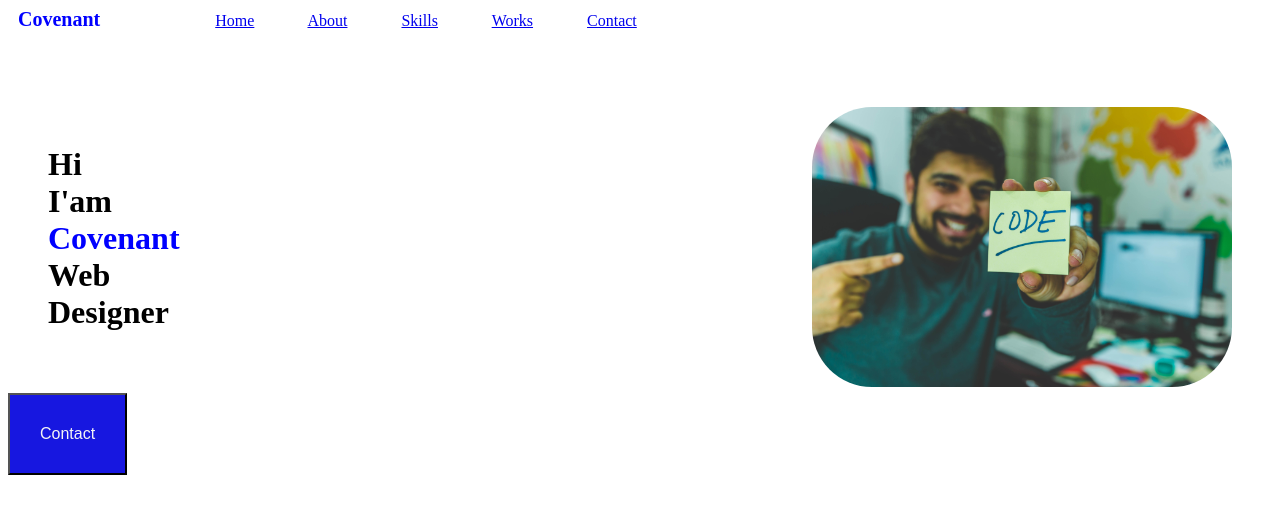
Repository: Tobby004/bdc-assignment-1
Page: index.html
The author's editor kept a copy of each file at every save. The page is drawn from the files as they stood at one save, then again after the next save.
The browser window is 1280 px wide. The pictures show the whole page.

Above is the page before, as saved 2023-02-09 10:26:56.

### index.html
<!DOCTYPE html>
<html lang="en">
<head>
    <meta charset="UTF-8">
    <meta http-equiv="X-UA-Compatible" content="IE=edge">
    <meta name="viewport" content="width=device-width, initial-scale=1.0">
    <title>Document</title>
    <link rel="stylesheet" href="task.css">
</head>
<body>
    <header>
        <b>
            Covenant
        </b>
        <a href="#">
            Home</a>
            <a href="#">About</a>
            <a href="#">Skills</a>
            <a href="#">Works</a>
            <a href="#">Contact</a>
    </header>
    <br>
    <br>
   <img src="image/Cov.jpg">
   <br>
   <h1>Hi <br> I'am <b>Covenant</b><br> Web Designer</h1>
<button>Contact</button>
</body>
</html>

### task.css
* {
    box-sizing: border-box;
}
header{
    max-width: 500%;
    display: flexbox;
    color: blue;
}
header b {
font-size: 20px;
padding: 10px;
margin-right: 100px;
width: 100%;
margin-bottom: 20px;
justify-content: space-between;
}
header a {
    margin-inline-end: 100px;
    max-width: 500%;
    margin-inline-end: 50px;

}
img{
    width: 500px;
    padding: 40px;
    float: right;
    border-radius: 100px;
    border-width: 20%;
}
h1 b {
    color: blue;
}
button {
    background-color: rgb(23, 23, 224);
    font-size: medium;
    display: block;
    color: whitesmoke;
    max-width: 500%;
    padding: 30px;
}
h1 {
    padding: 40px;
    width: 10px;
}

After the next save:
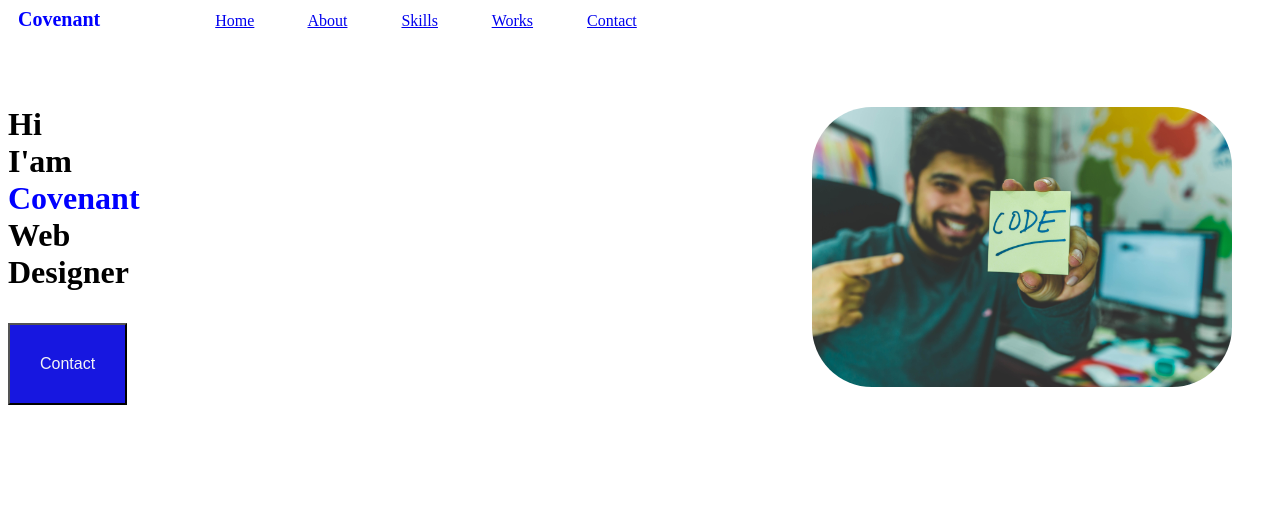
Saved 63 s later.
--- a/task.css
+++ b/task.css
@@ -35,10 +35,9 @@ button {
     font-size: medium;
     display: block;
     color: whitesmoke;
-    max-width: 500%;
     padding: 30px;
 }
 h1 {
-    padding: 40px;
+    padding-block-end: 10px;
     width: 10px;
 }
